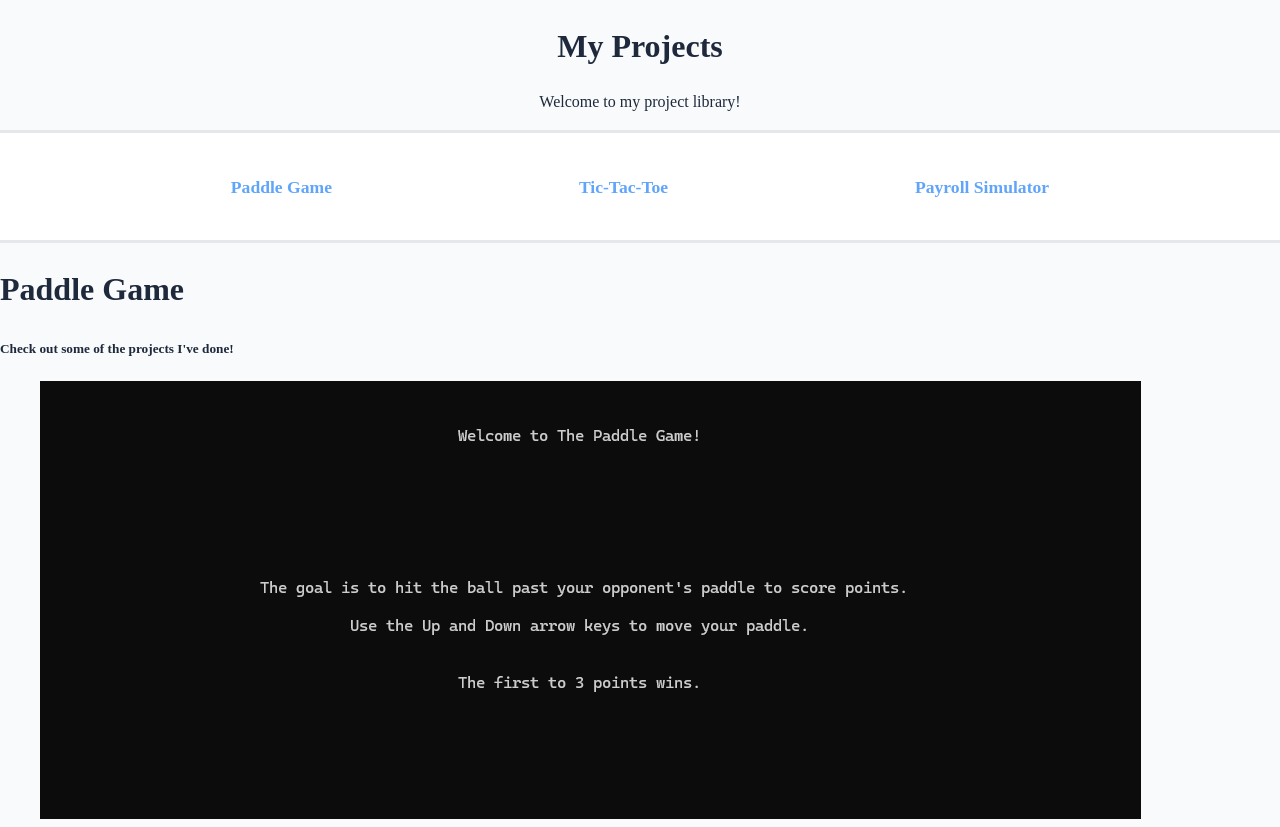
Repository: alison-cunningham/alison-cunningham
Page: pages/main-projects-page.html
These files come from the project's save history. The page is drawn as it stood at one moment and after the next save; the edit follows.
The browser window is 1280 px wide. The pictures show the whole page.
Some web fonts or font styles are not loaded; a fallback is used.

Above is the page before, as saved 2026-05-08 20:33:55.

### pages/main-projects-page.html
<!DOCTYPE html>
<html lang="en">
<head>
    <meta charset="UTF-8" />
    <title>Project - Paddle Game</title>
    <meta name="viewport" content="width=device-width, initial-scale=1.0">
    <link rel="stylesheet" href="../styles/pages.css"/>
    <link rel="stylesheet" href="../styles/globals.css"/>
</head>
<body>
<header class="project-header">
    <h1>My Projects</h1>
    <p>
        Welcome to my project library!
        <br>
    </p>
</header>

<nav>
    <a href="./paddle-game.html" target="myframe">
        <h4>Paddle Game</h4>
    </a>
    <a href="./tic-tac-toe.html" target="myframe">
        <h4>Tic-Tac-Toe</h4>
    </a>
    <a href="./payroll-simulator.html" target="myframe">
        <h4>Payroll Simulator</h4>
    </a>
</nav>
<section class="mainview">
    <iframe src="./paddle-game.html" name="myframe"></iframe>
</section>

</body>


</html>

### styles/pages.css
.project-header{
    display: grid;
    justify-content: center;
    text-align: center;


}

h1{
    margin-bottom: 0;
}

nav{
    width: 100%;
    background-color: #ffffff;

    border-bottom: .2rem solid #e5e7eb;
    border-top: .2rem solid #e5e7eb;

    display: flex;
    flex-direction: row;
    justify-content: space-evenly;

    align-items: center;

}

nav a{

    flex: 0 0 auto;

    text-decoration: none;
    color: #60a5fa;

    padding: 1rem;
    border-radius: .5rem;

    font-size: 1.1rem;
    font-weight: 600;

    transition:
    background-color 0.3s ease,
    color 0.3s ease,
    transform 0.2s ease;
}

nav a:hover{
    background-color: #34d399;
    color: white;
}


iframe{
    width: 100%;
    min-height: 80vh;
    border: 0;
}

### styles/globals.css
@font-face{
    font-family: 'Radio-Canada';
    src: url('../assets/fonts/Radio_Canada/RadioCanada-VariableFont_wdth\,wght.ttf')
}



body{
    font-family: 'Radio-Canada';

    background-color: #f8fafc;
    color: #1e293b;

    line-height: 1.6;
    font-size: 1rem;

    margin: 0;
    overflow-x: hidden;
}


a{
    text-decoration: none;
    color: inherit;
}

h3{
    font-size: 1.4rem;
    margin-bottom: 1rem;
    color: #0f172a;
}

### pages/paddle-game.html
<!DOCTYPE html>
<html lang="en">
<head>
    <meta charset="UTF-8" />
    <title>Project - Paddle Game</title>
    <meta name="viewport" content="width=device-width, initial-scale=1.0">
    <link rel="stylesheet" href="../styles/globals.css"/>
</head>
<body>
    <header>
        <h1>Paddle Game</h1>
        <h5>Check out some of the projects I've done!</h5>
    </header>

    <aside>
        <a href="./paddle-game.html"
    </aside>

    <figure>
        <img src="../assets/images/paddle-game-screenshot-2.png" alt="Screenshot from Paddle Game gameplay">
    </figure>


</body>

</html>

After the next save:
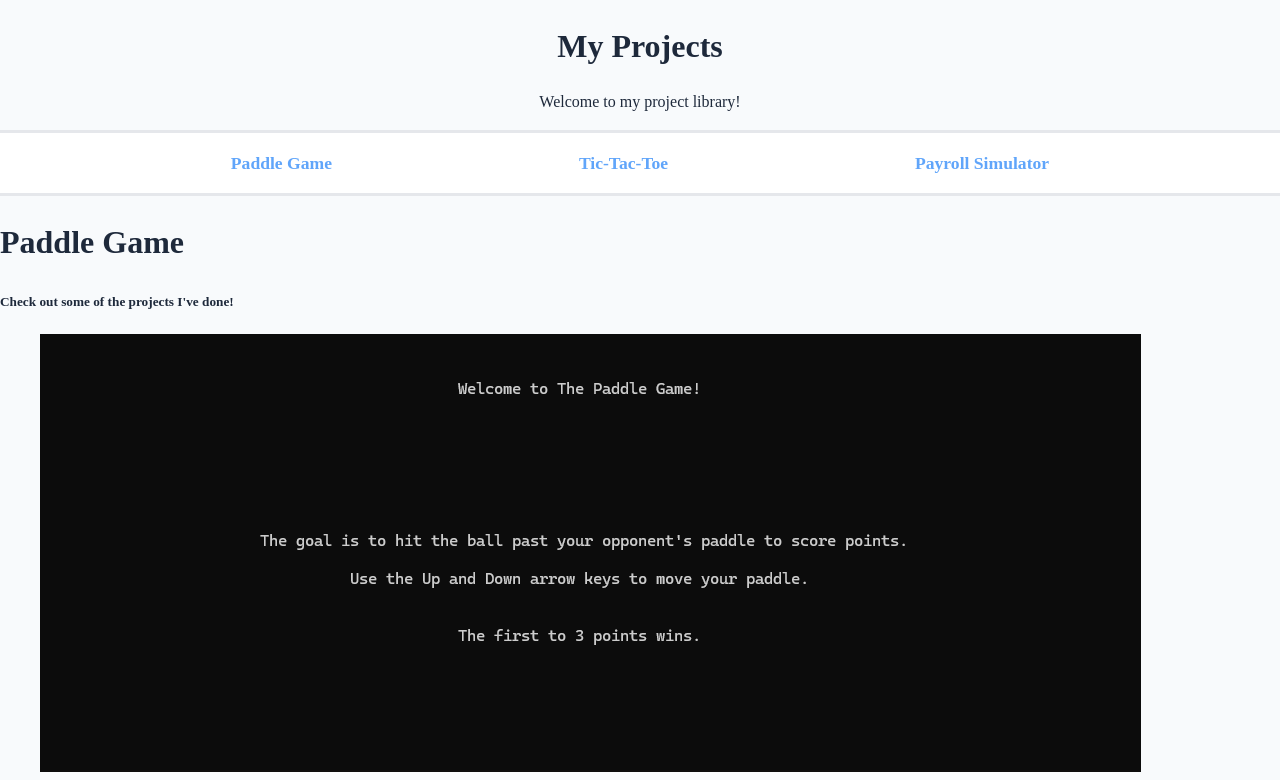
Saved 34 s later.
--- a/pages/main-projects-page.html
+++ b/pages/main-projects-page.html
@@ -18,13 +18,13 @@
 
 <nav>
     <a href="./paddle-game.html" target="myframe">
-        <h4>Paddle Game</h4>
+        Paddle Game
     </a>
     <a href="./tic-tac-toe.html" target="myframe">
-        <h4>Tic-Tac-Toe</h4>
+        Tic-Tac-Toe
     </a>
     <a href="./payroll-simulator.html" target="myframe">
-        <h4>Payroll Simulator</h4>
+        Payroll Simulator
     </a>
 </nav>
 <section class="mainview">
